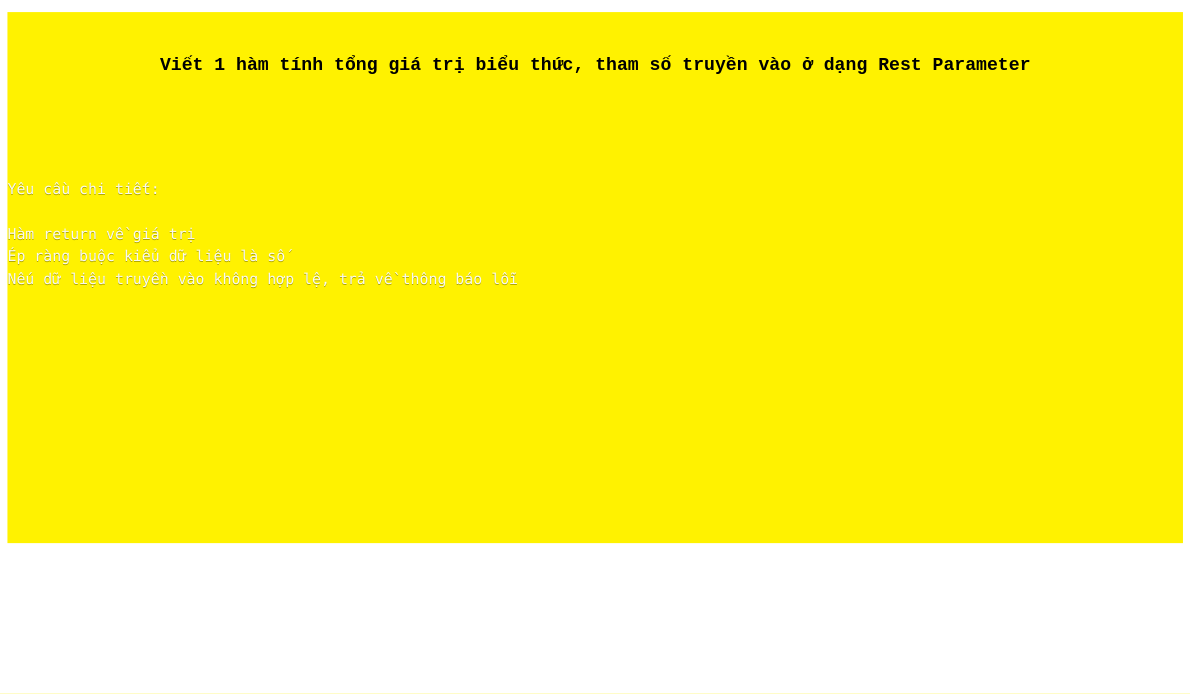
Repository: Dongnguyen318/Quydong
Page: Day 22.1/ex01.html
An editor plug-in stored every save of this project. The page is shown before and after the next save, followed by the edit.
The browser window is 1280 px wide. The pictures show the whole page, at 93% of full size.

Above is the page before, as saved 2023-09-05 22:59:28.

After the next save:
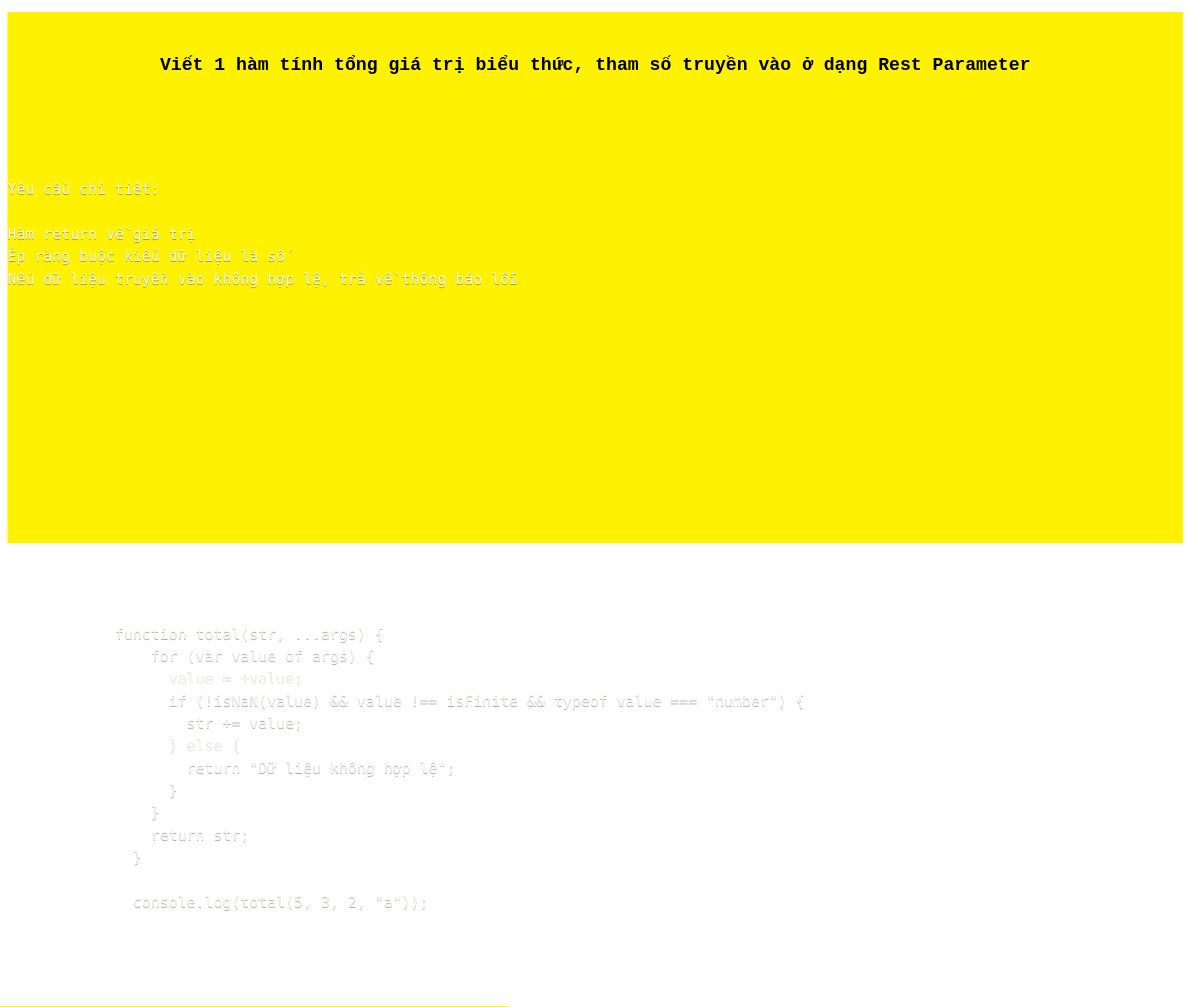
Saved 38 s later.
--- a/Day 22.1/ex01.html
+++ b/Day 22.1/ex01.html
@@ -35,6 +35,20 @@ Nếu dữ liệu truyền vào không hợp lệ, trả về thông báo lỗi
     <br />
     <pre>
         <code class="language-js">
+            function total(str, ...args) {
+                for (var value of args) {
+                  value = +value;
+                  if (!isNaN(value) && value !== isFinite && typeof value === "number") {
+                    str += value;
+                  } else {
+                    return "Dữ liệu không hợp lệ";
+                  }
+                }
+                return str;
+              }
+
+              console.log(total(5, 3, 2, "a"));
+
 
         </code>
     </pre>
